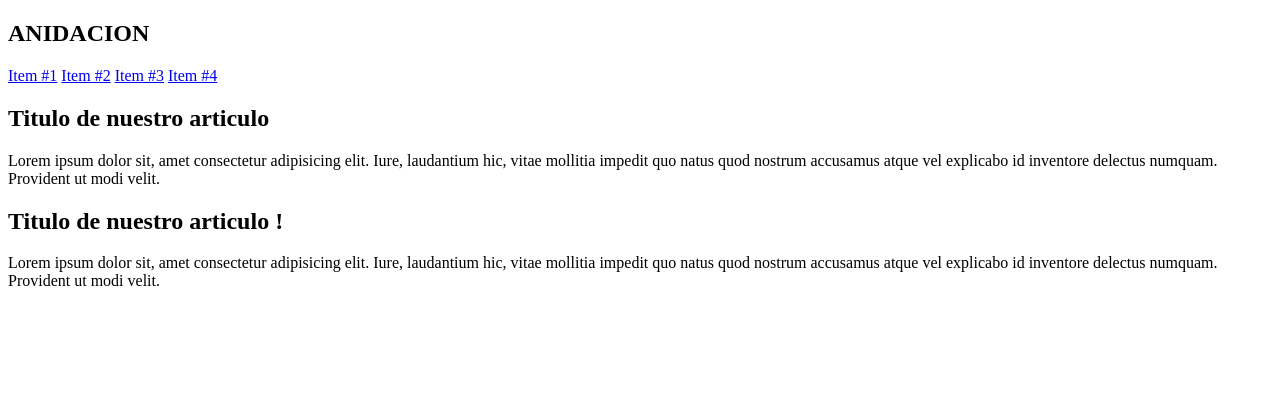
Repository: Alan966/Sass-desde-cero
Page: claseThree/index.html
These files come from the project's save history. The page is drawn as it stood at one moment and after the next save; the edit follows.
The browser window is 1280 px wide. The pictures show the whole page.

Above is the page before, as saved 2022-09-07 12:34:34.

After the next save:
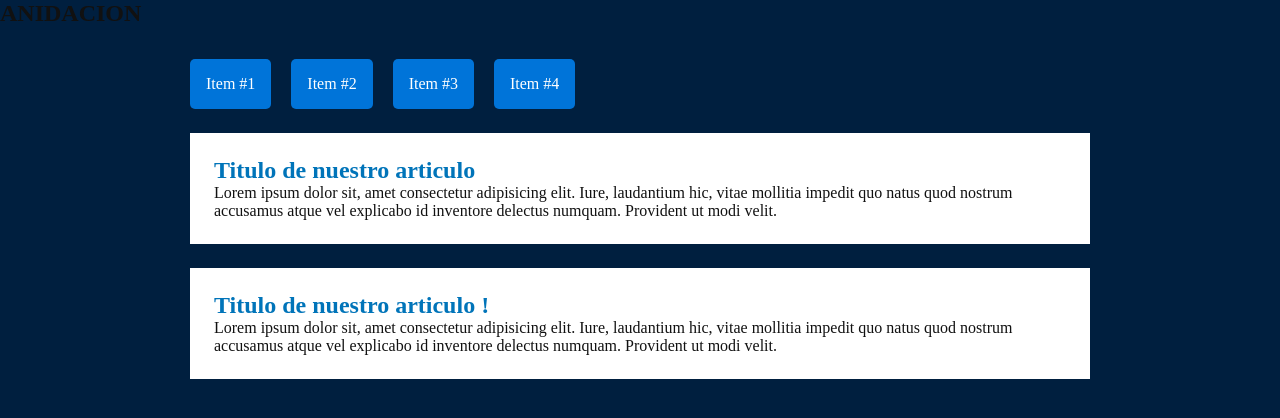
Saved 50 s later.
--- a/claseThree/index.html
+++ b/claseThree/index.html
@@ -5,7 +5,7 @@
     <meta http-equiv="X-UA-Compatible" content="IE=edge">
     <meta name="viewport" content="width=device-width, initial-scale=1.0">
     <title> SASS ANIDACION </title>
-    <link rel="stylesheet" href="">
+    <link rel="stylesheet" href="main.css">
 </head>
 <body>
     <h2>ANIDACION</h2>
